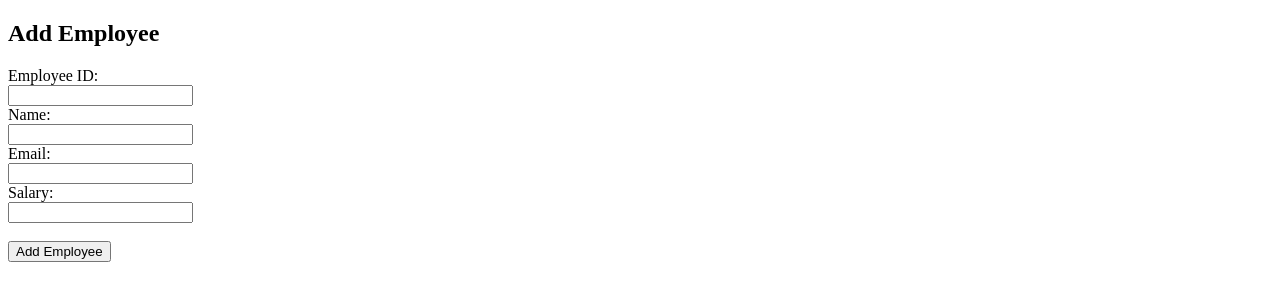
Repository: pradeep9689/monoceptAssignment
Page: http://localhost/08-jdbc-pool-connction/emplyeeAdd.jsp
These files come from the project's save history. The page is drawn as it stood at one moment and after the next save; the edit follows.
The browser window is 1280 px wide. The pictures show the whole page.
The page is served by Tomcat 9. Other server files are loaded and not shown.

Above is the page before, as saved 2024-07-16 16:58:07.

### 08-jdbc-pool-connction/WebContent/emplyeeAdd.jsp
<%@ page language="java" contentType="text/html; charset=ISO-8859-1"
    pageEncoding="ISO-8859-1"%>
<!DOCTYPE html>
<html>
<head>
<meta charset="ISO-8859-1">
<title>Insert title here</title>
</head>
<body>
<h2>Add Employee</h2>
    <form action="EmployeeServlet" method="get">
        <label for="emp_id">Employee ID:</label><br>
        <input type="text" id="emp_id" name="emp_id"><br>
        <label for="emp_name">Name:</label><br>
        <input type="text" id="emp_name" name="emp_name"><br>
        <label for="emp_mail">Email:</label><br>
        <input type="text" id="emp_mail" name="emp_mail"><br>
        <label for="salary">Salary:</label><br>
        <input type="text" id="salary" name="salary"><br><br>
        <input type="submit" value="Add Employee">
    </form>
</body>
</html>

After the next save:
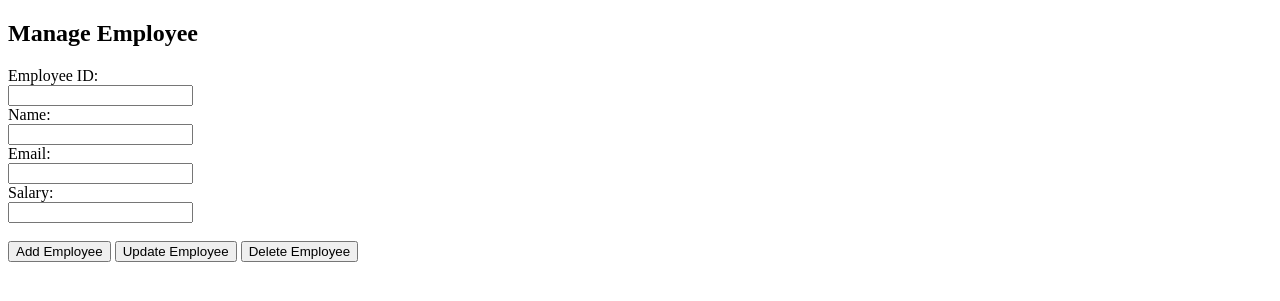
Saved 7 min 31 s later.
--- a/08-jdbc-pool-connction/WebContent/emplyeeAdd.jsp
+++ b/08-jdbc-pool-connction/WebContent/emplyeeAdd.jsp
@@ -7,17 +7,20 @@
 <title>Insert title here</title>
 </head>
 <body>
-<h2>Add Employee</h2>
-    <form action="EmployeeServlet" method="get">
+ <h2>Manage Employee</h2>
+    <form action="employee" method="post">
         <label for="emp_id">Employee ID:</label><br>
-        <input type="text" id="emp_id" name="emp_id"><br>
+        <input type="text" id="emp_id" name="emp_id" required><br>
         <label for="emp_name">Name:</label><br>
         <input type="text" id="emp_name" name="emp_name"><br>
         <label for="emp_mail">Email:</label><br>
         <input type="text" id="emp_mail" name="emp_mail"><br>
         <label for="salary">Salary:</label><br>
         <input type="text" id="salary" name="salary"><br><br>
-        <input type="submit" value="Add Employee">
+        <input type="hidden" id="action" name="action" value="add">
+        <input type="submit" value="Add Employee" onclick="document.getElementById('action').value='add';">
+        <input type="submit" value="Update Employee" onclick="document.getElementById('action').value='update';">
+        <input type="submit" value="Delete Employee" onclick="document.getElementById('action').value='delete';">
     </form>
 </body>
 </html>
